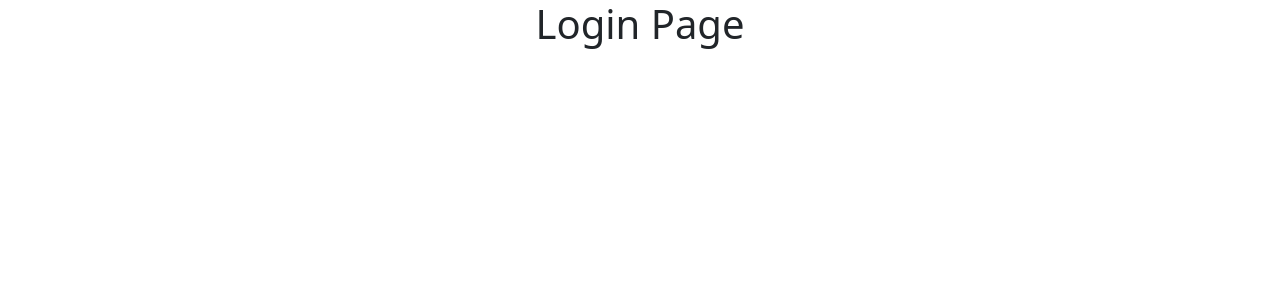
Repository: becoderpavy/servlet_tutorials
Page: 3_RequestDispatch_Example/src/main/webapp/login.html
These files come from the project's save history. The page is drawn as it stood at one moment and after the next save; the edit follows.
The browser window is 1280 px wide. The pictures show the whole page.

Above is the page before, as saved 2023-06-09 16:39:55.

### 3_RequestDispatch_Example/src/main/webapp/login.html
<!DOCTYPE html>
<html>
<head>
<meta charset="ISO-8859-1">
<title>Insert title here</title>
<link
	href="https://cdn.jsdelivr.net/npm/bootstrap@5.0.2/dist/css/bootstrap.min.css"
	rel="stylesheet"
	integrity="sha384-EVSTQN3/azprG1Anm3QDgpJLIm9Nao0Yz1ztcQTwFspd3yD65VohhpuuCOmLASjC"
	crossorigin="anonymous">
</head>
<body>
	<h1 class="text-center">Login Page</h1>
</body>
</html>

After the next save:
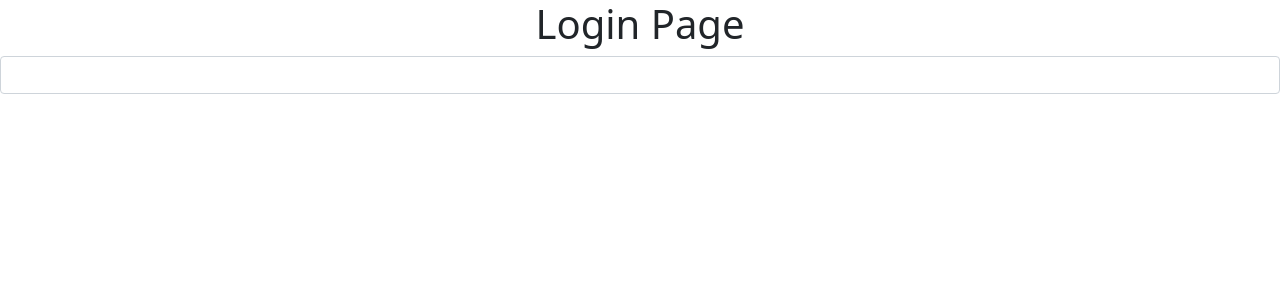
Saved 106 s later.
--- a/3_RequestDispatch_Example/src/main/webapp/login.html
+++ b/3_RequestDispatch_Example/src/main/webapp/login.html
@@ -11,5 +11,11 @@
 </head>
 <body>
 	<h1 class="text-center">Login Page</h1>
+	<div class="text-center">
+		<form>
+			<input type="text" name="email" class="form-control">
+		</form>
+
+	</div>
 </body>
 </html>
